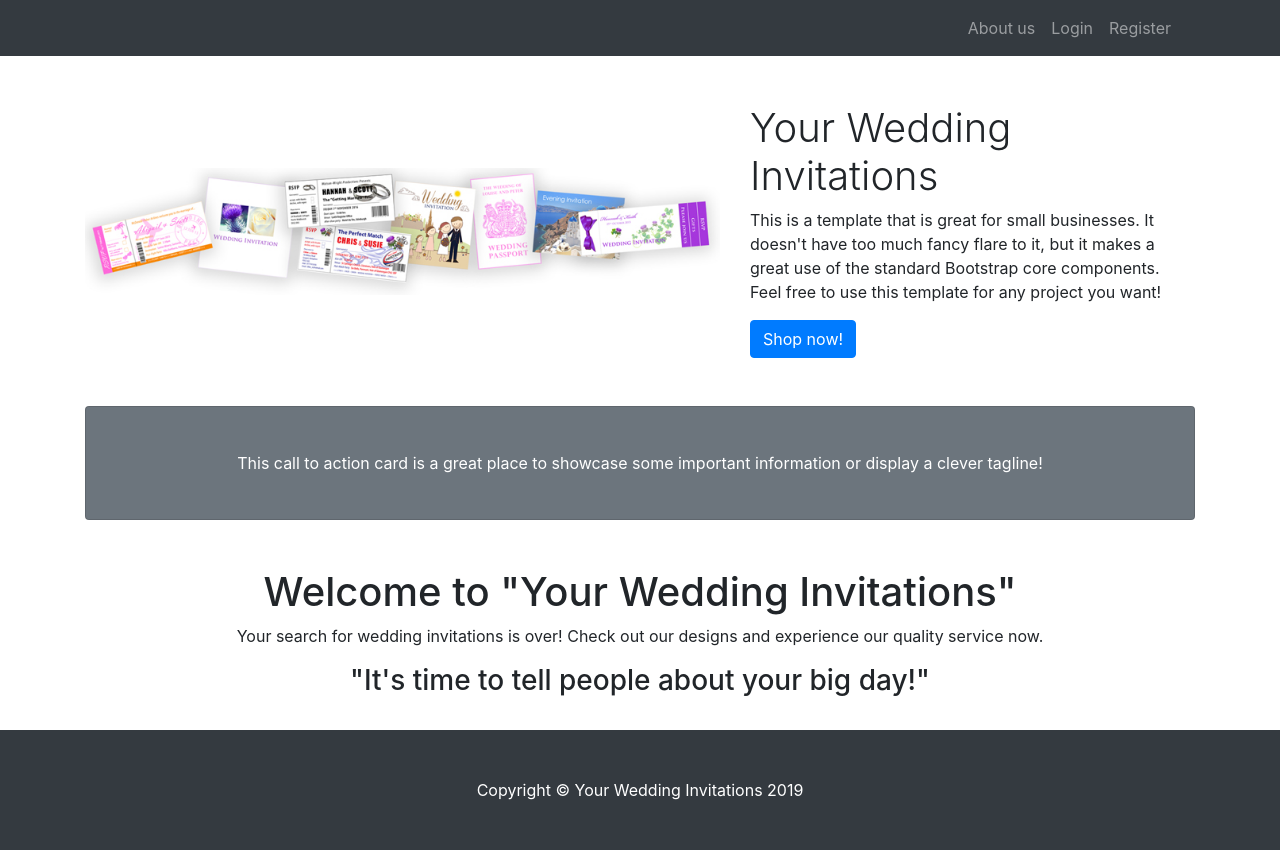
Repository: jeffoneilldev/invitations-django-project
Page: pages/templates/index.html
The author's editor kept a record of every edit. The page is drawn from the files as they stood at one moment, then again after the next edit.
The browser window is 1280 px wide. The pictures show the whole page.
Some icons come from a web library that is not loaded, so they are not drawn. Some web libraries are served in a nearby version. The template is drawn by Django 2.2. The application's start-up code is not run. The template is opened directly, without the code that normally fills it, so the values that code supplies are empty.

Above is the page before.

After the next edit:
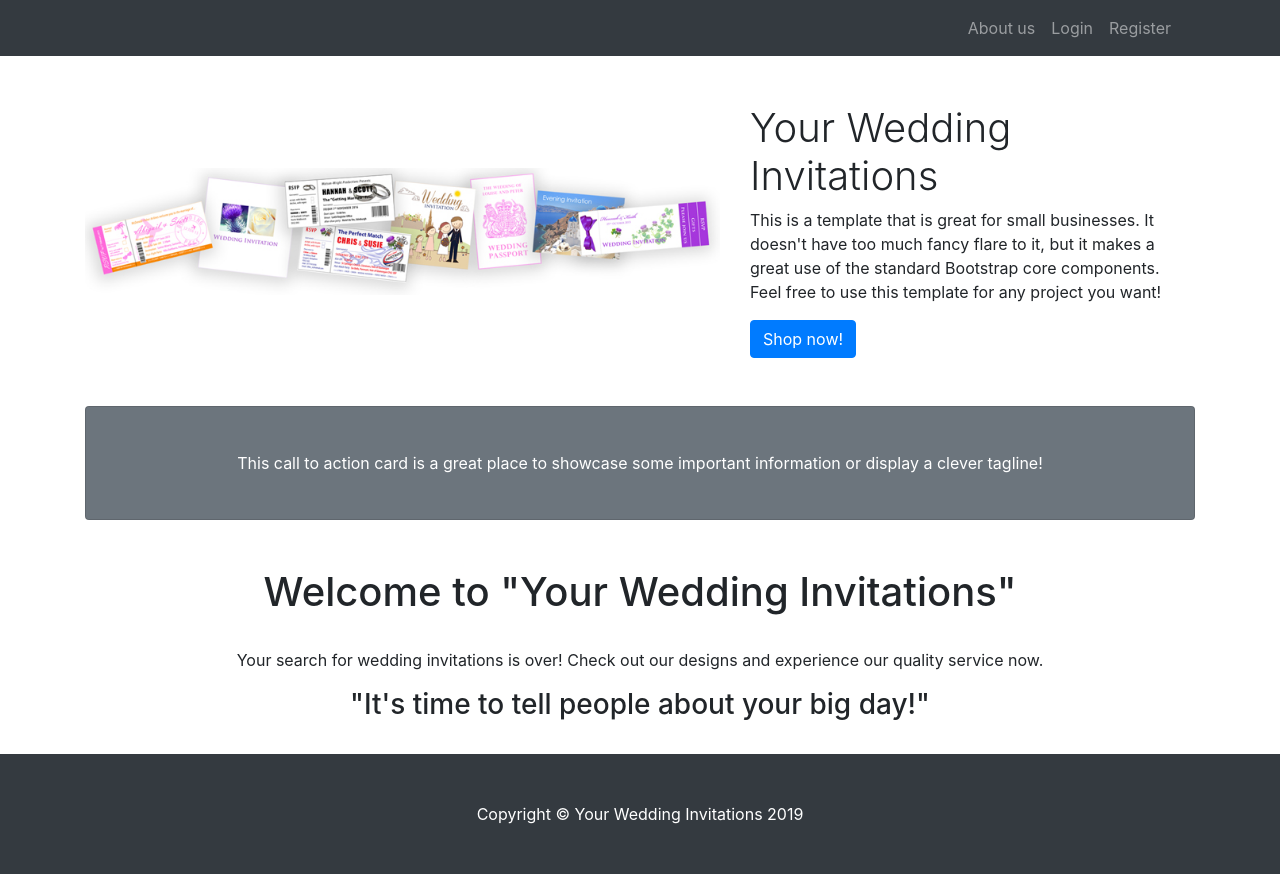
The edit:
--- a/pages/templates/index.html
+++ b/pages/templates/index.html
@@ -4,7 +4,7 @@
 {% block content %}
 
 <div class="container" align="center">
-<h1>Welcome to "Your Wedding Invitations"</h1>
+<h1>Welcome to "Your Wedding Invitations"</h1><br>
 <p>Your search for wedding invitations is over!  Check out our designs and experience our quality service now.</p>
 <h3>"It's time to tell people about your big day!"</h3>
 </div>
